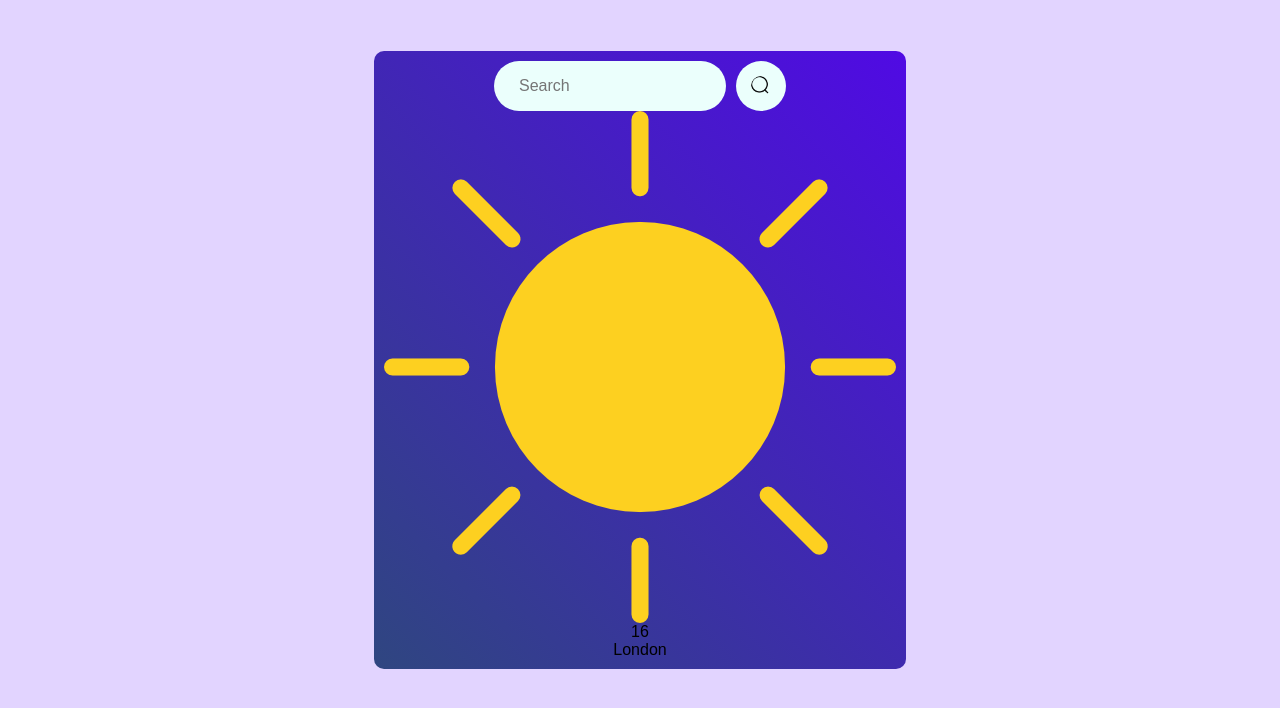
Repository: wakoya-tech/wheather-app
Page: /
The author's editor kept a copy of each file at every save. The page is drawn from the files as they stood at one save, then again after the next save.
The browser window is 1280 px wide. The pictures show the whole page.
The project was rebuilt for these pictures with package versions that can differ from the ones it lists, and the page was loaded fresh each time. Also part of the build but not shown: vite.config.js, src/App.css.

Above is the page before, as saved 2025-10-18 00:51:59.

After the next save:
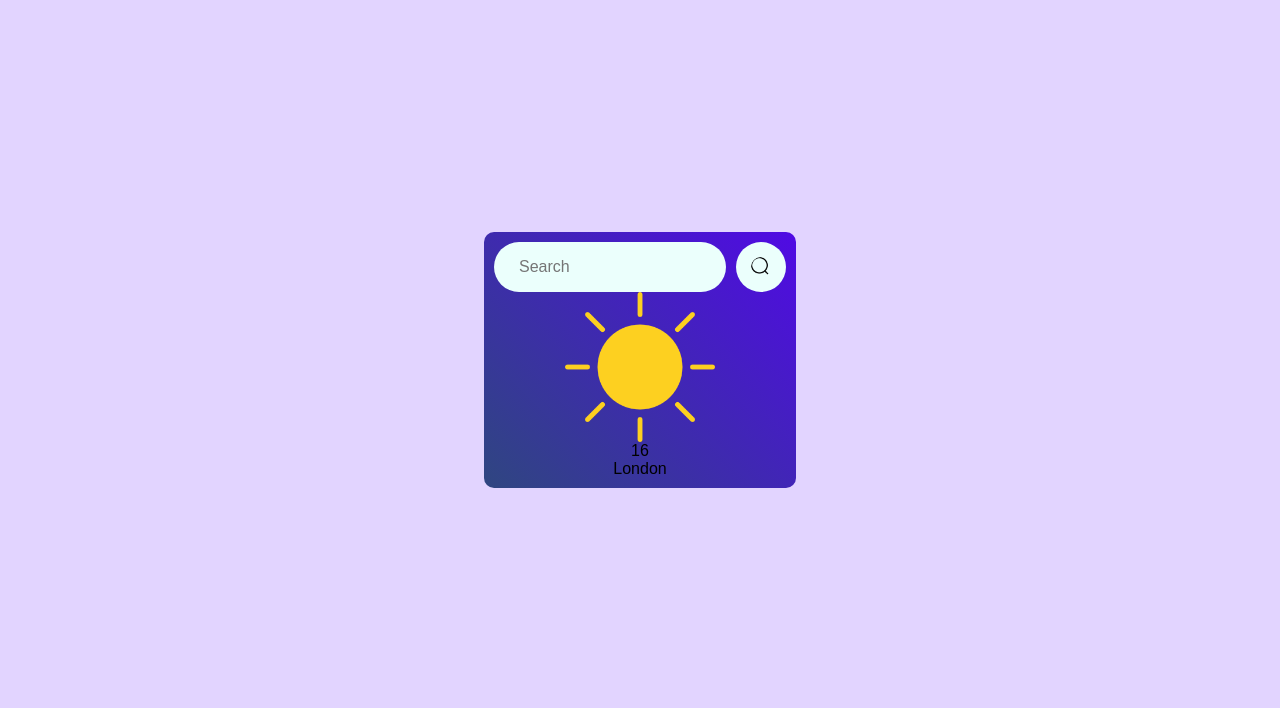
Saved 12 min 42 s later.
--- a/src/Components/Weather.css
+++ b/src/Components/Weather.css
@@ -29,3 +29,6 @@ align-items: center;
     background: #ebfffc;
   cursor: pointer;
 }
+.weather-icon {
+    width: 150px;
+}
